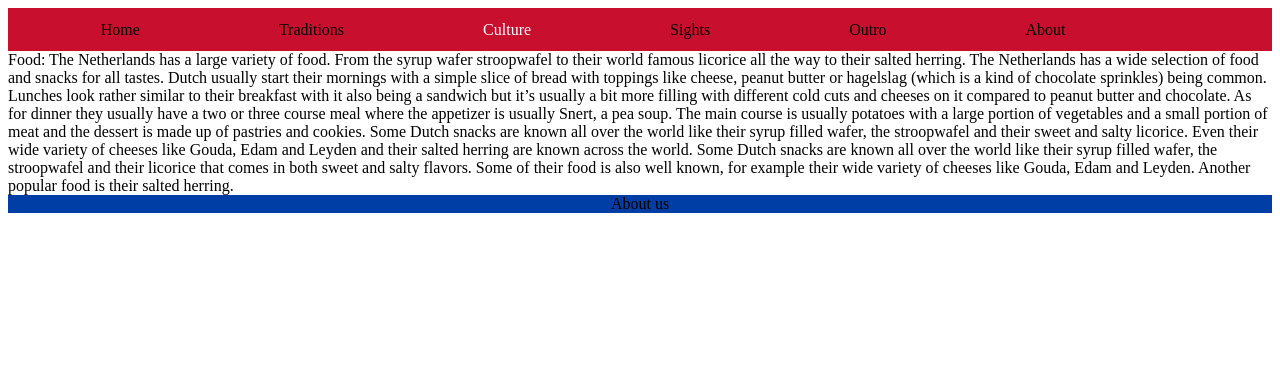
Repository: Cornman63/The-netherlands
Page: culture.html
The author's editor kept a copy of each file at every save. The page is drawn from the files as they stood at one save, then again after the next save.
The browser window is 1280 px wide. The pictures show the whole page.

Above is the page before, as saved 2023-05-17 13:03:14.

### culture.html
<!DOCTYPE html>
<html lang="en">
<head>
    <meta charset="UTF-8">
    <meta http-equiv="X-UA-Compatible" content="IE=edge">
    <meta name="viewport" content="width=device-width, initial-scale=1.0">
    <link rel="stylesheet" href="style.css">
    <title>Visit the Netherlands</title>

</head>
<body>
    <div class="top">
        <div class="site"><a href="index.html" style="color: black" class="link">Home</a></div>
        <div class="site"><a href="traditions.html" style="color:black" class="link">Traditions</a></div>
        <div class="site"><a href="culture.html" style="color: white" class="link">Culture</a></div>
        <div class="site"><a href="sights.html" style="color:black" class="link">Sights</a></div>
        <div class="site"><a href="outro.html" style="color:black" class="link">Outro</a></div>
        <div class="site"><a href="about.html" style="color:black" class="link">About</a></div>
    </div>
    <div class="text">
        <div class="food">
            Food:

            The Netherlands has a large variety of food. From the syrup wafer stroopwafel to their world famous licorice all the way to their salted herring. The Netherlands has a wide selection of food and snacks for all tastes.

            Dutch usually start their mornings with a simple slice of bread with toppings like cheese, peanut butter or hagelslag (which is a kind of chocolate sprinkles) being common. Lunches look rather similar to their breakfast with it also being a sandwich but it’s usually a bit more filling with different cold cuts and cheeses on it compared to peanut butter and chocolate. As for dinner they usually have a two or three course meal where the appetizer is usually Snert, a pea soup. The main course is usually potatoes with a large portion of vegetables and a small portion of meat and the dessert is made up of pastries and cookies.

            Some Dutch snacks are known all over the world like their syrup filled wafer, the stroopwafel and their sweet and salty licorice. Even their wide variety of cheeses like Gouda, Edam and Leyden and their salted herring are known across the world.

            Some Dutch snacks are known all over the world like their syrup filled wafer, the stroopwafel and their licorice that comes in both sweet and salty flavors. Some of their food is also well known, for example their wide variety of cheeses like Gouda, Edam and Leyden. Another popular food is their salted herring.
        </div>
        <div class="sports">

        </div>
        <div class="socialeq">

        </div>
    </div>
    <div class="bottom">
        About us
    </div>
</body>
</html>

### style.css
.top, .bottom {
    display: flex;
    flex-direction: row;
    justify-content: center;
    align-content:center;
    background-color:#C8102E;
}
.bottom{
    background-color: #003DA5;
}

.site {
    display: flex;
    border: 1%;
    margin: 1%;
    margin-right: 10%;
    align-content: center;
}
.link {
    text-decoration: none;
}

After the next save:
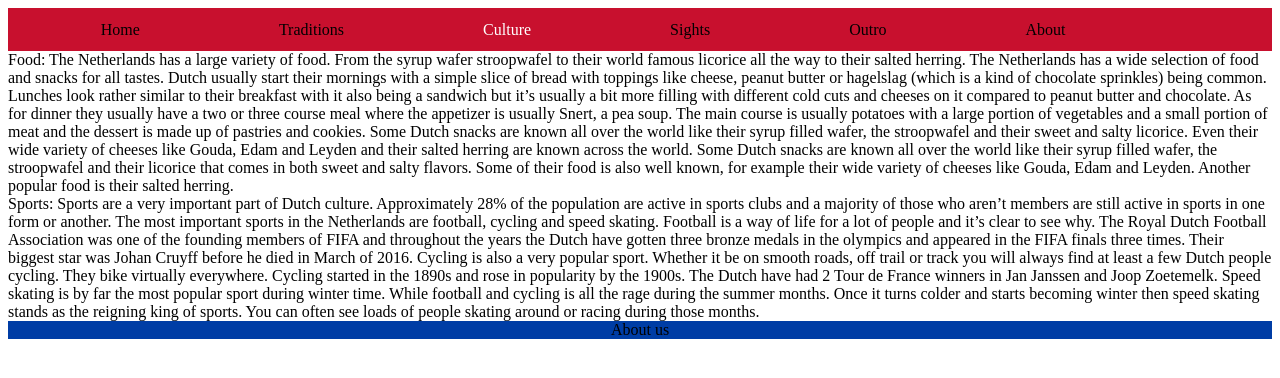
Saved 45 s later.
--- a/culture.html
+++ b/culture.html
@@ -30,6 +30,15 @@
             Some Dutch snacks are known all over the world like their syrup filled wafer, the stroopwafel and their licorice that comes in both sweet and salty flavors. Some of their food is also well known, for example their wide variety of cheeses like Gouda, Edam and Leyden. Another popular food is their salted herring.
         </div>
         <div class="sports">
+            Sports:
+
+            Sports are a very important part of Dutch culture. Approximately 28% of the population are active in sports clubs and a majority of those who aren’t members are still active in sports in one form or another. The most important sports in the Netherlands are football, cycling and speed skating.
+
+            Football is a way of life for a lot of people and it’s clear to see why. The Royal Dutch Football Association was one of the founding members of FIFA and throughout the years the Dutch have gotten three bronze medals in the olympics and appeared in the FIFA finals three times. Their biggest star was Johan Cruyff before he died in March of 2016.
+
+            Cycling is also a very popular sport. Whether it be on smooth roads, off trail or track you will always find at least a few Dutch people cycling. They bike virtually everywhere. Cycling started in the 1890s and rose in popularity by the 1900s. The Dutch have had 2 Tour de France winners in Jan Janssen and Joop Zoetemelk.
+
+            Speed skating is by far the most popular sport during winter time. While football and cycling is all the rage during the summer months. Once it turns colder and starts becoming winter then speed skating stands as the reigning king of sports. You can often see loads of people skating around or racing during those months.
 
         </div>
         <div class="socialeq">
